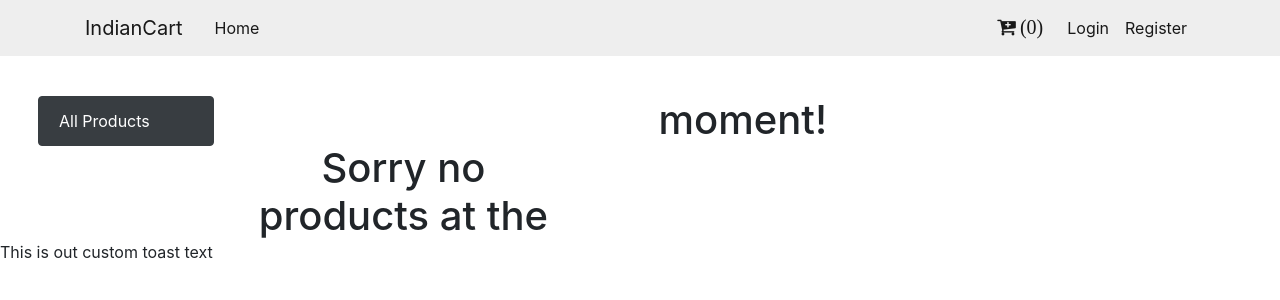
Repository: neerajchavan/E-Commerce-Project
Page: http://localhost/E-Commerce-Project/index.jsp?category=all
These files come from the project's save history. The page is drawn as it stood at one moment and after the next save; the edit follows.
The browser window is 1280 px wide. The pictures show the whole page.
Some web libraries are served in a nearby version. The page is served by Tomcat 9. Other server files are loaded and not shown. Queries for data that is not in the repository find no rows.

Above is the page before, as saved 2020-10-24 04:57:25.

### E-Commerce-Project/WebContent/index.jsp
<%@ page language="java" contentType="text/html; charset=UTF-8"
	pageEncoding="UTF-8"%>
<%@page import="com.IndianCart.Model.*"%>
<%@page import="com.IndianCart.Dao.ProductDao"%>
<%@page import="com.IndianCart.Dao.CategoryDao"%>
<%@page import="com.IndianCart.Helper.*"%>
<%@page import="java.util.List"%>
<!DOCTYPE html>
<html>

<head>
<meta charset="UTF-8">
<title>Insert title here</title>
<%@include file="Components/Common_JS_CSS.jsp"%>

</head>

<body>
	<%@include file="Components/navbar.jsp"%>
	<div class="container-fluid">
		<div class="row mt-3 mx-2">

			<%
				String cat = request.getParameter("category");

				List<CategoryBean> catList = CategoryDao.getCategory();
				List<ProductBean> product = null;

				if (cat == null || cat.trim().equals("all")) {
					product = ProductDao.getAllProducts();
				} else {
					product = ProductDao.getProductsById(Integer.parseInt(cat.trim()));
				}
			%>

			<!-- Categories -->
			<div class="col-md-2">

				<div class="list-group mt-4">
					<a href="index.jsp?category=all"
						class="list-group-item list-group-item-action list-group-item-secondary <%if (cat == null || cat.trim().equals("all")) {%>active<%}%>">
						All Products </a>

					<%
						for (CategoryBean category : catList) {
					%>
					<a href="index.jsp?category=<%=category.getCategoryId()%>"
						class="list-group-item list-group-item-action list-group-item-secondary

						<%boolean b = CategoryActiveHelper.setActiveClass(cat, category.getCategoryId());
						if(b){%>active<%}%>

						">
						<%=category.getCategoryTitle()%>
					</a>
					<%
						}
					%>

				</div>


			</div>


			<!-- Products -->
			<div class="col-md-10">
				<div class="row mt-4">
					<div class="col-md-12">
						<div class="card-columns">
							<%
								if (product.size() == 0) {
									out.println("<h1 class='text-center mt-5'>Sorry no products at the moment!</h1>");
								}
							%>


							<%
								for (ProductBean prod : product) {
							%>

							<div class="card">

								<div class="container text-center">
									<img class="card-img-top m-2"
										style="max-height: 140px; max-width: 100%; width: auto;"
										src="Images/Products-img/<%=prod.getProdPic()%>"
										alt="Product Image">
								</div>


								<div class="card-body">
									<h5 class="card-title"><%=prod.getProdTitle()%></h5>
									<p class="card-text"><%=TenWordsHelper.getTenWords(prod.getProdDescription())%></p>
								</div>

								<div class="card-footer">
									<button class="btn btn-outline-secondary"
									onclick="add_to_cart(<%=prod.getProdId()%>,'<%= prod.getProdTitle()%>',<%=prod.getProdPrice()%>)">
										Add to Cart
									</button>
									<button class="btn custom-bg">
										₹<%=prod.getProdPrice()%>/-
									</button>
								</div>
							</div>

							<%
								}
							%>
						</div>
					</div>
				</div>


			</div>

		</div>
	</div>

	<%@include file="Components/Common_Modals.jsp" %>
</body>

</html>

### E-Commerce-Project/WebContent/Components/Common_JS_CSS.jsp
<!-- CSS -->
<link rel="stylesheet" href="https://maxcdn.bootstrapcdn.com/bootstrap/4.0.0/css/bootstrap.min.css" integrity="sha384-Gn5384xqQ1aoWXA+058RXPxPg6fy4IWvTNh0E263XmFcJlSAwiGgFAW/dAiS6JXm" crossorigin="anonymous">
<link rel="stylesheet" href="https://stackpath.bootstrapcdn.com/font-awesome/4.7.0/css/font-awesome.min.css" integrity="sha384-wvfXpqpZZVQGK6TAh5PVlGOfQNHSoD2xbE+QkPxCAFlNEevoEH3Sl0sibVcOQVnN" crossorigin="anonymous">
<link rel="stylesheet" href="CSS/Style.css">

<!-- BOOTSTRAP -->
<script src="https://code.jquery.com/jquery-3.5.1.min.js" integrity="sha256-9/aliU8dGd2tb6OSsuzixeV4y/faTqgFtohetphbbj0=" crossorigin="anonymous"></script>
<script src="https://cdnjs.cloudflare.com/ajax/libs/popper.js/1.12.9/umd/popper.min.js" integrity="sha384-ApNbgh9B+Y1QKtv3Rn7W3mgPxhU9K/ScQsAP7hUibX39j7fakFPskvXusvfa0b4Q" crossorigin="anonymous"></script>
<script src="https://maxcdn.bootstrapcdn.com/bootstrap/4.0.0/js/bootstrap.min.js" integrity="sha384-JZR6Spejh4U02d8jOt6vLEHfe/JQGiRRSQQxSfFWpi1MquVdAyjUar5+76PVCmYl" crossorigin="anonymous"></script>

<!-- JS -->
<script src="JS/Script.js"></script>

### E-Commerce-Project/WebContent/Components/navbar.jsp
<%@page import="com.IndianCart.Model.UserBean"%>


<%
	UserBean ub1 = (UserBean) session.getAttribute("current-user");
%>



<nav class="navbar navbar-expand-lg navbar-light custom-bg">
	<div class="container">
		<a class="navbar-brand" href="index.jsp">IndianCart</a>
		<button class="navbar-toggler" type="button" data-toggle="collapse"
			data-target="#navbarSupportedContent"
			aria-controls="navbarSupportedContent" aria-expanded="false"
			aria-label="Toggle navigation">
			<span class="navbar-toggler-icon"></span>
		</button>

		<div class="collapse navbar-collapse" id="navbarSupportedContent">
			<ul class="navbar-nav mr-auto ml-2">
				<li class="nav-item active"><a class="nav-link"
					href="index.jsp">Home <span class="sr-only">(current)</span>
				</a></li>

				<!-- <li class="nav-item dropdown"><a
					class="nav-link dropdown-toggle" href="#" id="navbarDropdown"
					role="button" data-toggle="dropdown" aria-haspopup="true"
					aria-expanded="false"> Categories </a>
					<div class="dropdown-menu" aria-labelledby="navbarDropdown">
						<a class="dropdown-item" href="#">Action</a> <a
							class="dropdown-item" href="#">Another action</a>
						<div class="dropdown-divider"></div>
						<a class="dropdown-item" href="#">Something else here</a>
					</div></li> -->

			</ul>

			<ul class="navbar-nav ml-auto">

				<li class="nav-item active"><a class="nav-link" href="#"> <i
						class="fa fa-cart-plus" data-toggle="modal" data-target="#cart"
						style="font-size: 20px;"><span class="mr-2 ml-1 cart-items">(0)</span></i>
				</a></li>

				<%
					if (ub1 == null) {
				%>

				<li class="nav-item active"><a class="nav-link"
					href="Login.jsp">Login</a></li>

				<li class="nav-item active"><a class="nav-link"
					href="Registration.jsp">Register</a></li>
				<%
					} else {
				%>

				<li class="nav-item active"><a class="nav-link"
					href="<%=ub1.getUserType().equals("Admin") ? "Admin.jsp" : "User.jsp"%>"><%=ub1.getUserName()%></a></li>

				<li class="nav-item active"><a class="nav-link"
					href="LogoutServlet">Logout</a></li>
				<%
					}
				%>

			</ul>
		</div>
	</div>
</nav>

### E-Commerce-Project/WebContent/Components/Common_Modals.jsp

<!-- Modal -->
<div class="modal fade" id="cart" tabindex="-1" aria-labelledby="exampleModalLabel" aria-hidden="true">
  <div class="modal-dialog modal-lg">
    <div class="modal-content">
      <div class="modal-header">
        <h5 class="modal-title" id="exampleModalLabel">Your Cart</h5>
        <button type="button" class="close" data-dismiss="modal" aria-label="Close">
          <span aria-hidden="true">&times;</span>
        </button>
      </div>
      <div class="modal-body">
        <div class="cart-body"></div>
      </div>
      <div class="modal-footer">
        <button type="button" class="btn btn-secondary checkout-btn" data-dismiss="modal" onclick="goToCheckout()">Checkout</button>
        <button type="button" class="btn btn-primary" data-dismiss="modal">Close</button>
      </div>
    </div>
  </div>
</div>


<div id="toast">This is out custom toast text</div>

### E-Commerce-Project/src/com/IndianCart/Dao/CategoryDao.java
package com.IndianCart.Dao;
import java.sql.*;
import java.util.ArrayList;
import java.util.List;

import com.IndianCart.Model.CategoryBean;;

public class CategoryDao {

	public static List<CategoryBean> getCategory(){
		List<CategoryBean> list = new ArrayList<CategoryBean>();

		Connection con;
		String query = "select * from Category";

		try {
			Class.forName("com.mysql.jdbc.Driver");
			con = DriverManager.getConnection("jdbc:mysql://localhost/E-Commerce-Project","root","root1234");
			PreparedStatement st = con.prepareStatement(query);
			ResultSet rs = st.executeQuery();

			while(rs.next())
			{
			 CategoryBean cb = new CategoryBean();
//			 int checkCid = rs.getInt("cId");
//			 if(checkCid == 0)
			 cb.setCategoryId(rs.getInt("cId"));
			 cb.setCategoryTitle(rs.getString("cTitle"));

			 list.add(cb);
			}
		}
		catch(Exception e)
		{
			e.printStackTrace();
		}

		return list;
	}

}

### E-Commerce-Project/src/com/IndianCart/Dao/ProductDao.java
package com.IndianCart.Dao;

import java.sql.Connection;
import java.sql.DriverManager;
import java.sql.PreparedStatement;
import java.sql.ResultSet;
import java.sql.Statement;
import java.util.ArrayList;
import java.util.List;

import com.IndianCart.Model.ProductBean;

public class ProductDao {

	public static int addProduct(ProductBean pb) {
		int i = 0;
		String query = "insert into Product values(?,?,?,?,?,?,?)";
		Connection con;
		try {
			Class.forName("com.mysql.cj.jdbc.Driver");
			con = DriverManager.getConnection("jdbc:mysql://localhost/E-Commerce-Project", "root", "root1234");

			PreparedStatement ps = con.prepareStatement(query);
			ps.setString(1, null);
			ps.setInt(2, pb.getpCategoryID());
			ps.setString(3, pb.getProdTitle());
			ps.setString(4, pb.getProdDescription());
			ps.setString(5, pb.getProdPic());
			ps.setInt(6, pb.getProdPrice());
			ps.setInt(7, pb.getProdQty());

			i = ps.executeUpdate();
		}

		catch (Exception e) {
			e.printStackTrace();
		}

		return i;
	}

	public static List<ProductBean> getAllProducts() {
		List<ProductBean> list = new ArrayList<ProductBean>();
		Connection con;
		String query = "select * from Product";

		try {
			Class.forName("com.mysql.jdbc.Driver");
			con = DriverManager.getConnection("jdbc:mysql://localhost/E-Commerce-Project", "root", "root1234");
			Statement st = con.createStatement();
			ResultSet rs = st.executeQuery(query);

			while (rs.next()) {
				ProductBean pb = new ProductBean();
				pb.setProdId(rs.getInt("pID"));
				pb.setpCategoryID(rs.getInt("ccID"));
				pb.setProdTitle(rs.getString("pTitle"));
				pb.setProdDescription(rs.getString("pDesc"));
				pb.setProdPic(rs.getString("pPhoto"));
				pb.setProdPrice(rs.getInt("pPrice"));
				pb.setProdQty(rs.getInt("pQty"));

				list.add(pb);

			}

		} catch (Exception e) {
			e.printStackTrace();
		}

		return list;
	}


	public static List<ProductBean> getProductsById(int cId) {
		List<ProductBean> list = new ArrayList<ProductBean>();
		Connection con;
		String query = "select * from Product where ccID=?";

		try {
			Class.forName("com.mysql.jdbc.Driver");
			con = DriverManager.getConnection("jdbc:mysql://localhost/E-Commerce-Project", "root", "root1234");
			PreparedStatement ps = con.prepareStatement(query);
			ps.setInt(1, cId);
			ResultSet rs = ps.executeQuery();

			while (rs.next()) {
				ProductBean pb = new ProductBean();
				pb.setProdId(rs.getInt("pID"));
				pb.setpCategoryID(rs.getInt("ccID"));
				pb.setProdTitle(rs.getString("pTitle"));
				pb.setProdDescription(rs.getString("pDesc"));
				pb.setProdPic(rs.getString("pPhoto"));
				pb.setProdPrice(rs.getInt("pPrice"));
				pb.setProdQty(rs.getInt("pQty"));

				list.add(pb);

			}

		} catch (Exception e) {
			e.printStackTrace();
		}

		return list;
	}

}

### E-Commerce-Project/WebContent/CSS/Style.css
.custom-bg {
	background:#eeeeee;
}

.custom-bg-200{
	background:#929aab;
}


/*Login Page*/

.login-text h3{
	color:#393e46;
}

.login-text{
	color:#393e46;
}

.login-text:hover{
	background:#929aab;
}


/* Admin Page */

.admin-img{
 max-width : 10px;
 height: 100px;
}

.admin .card{
	border: 1px solid #929aab;
}

.admin .card:hover{
	box-shadow : 0 8px 50px grey;
	transform : scale(1.05);
	cursor : pointer;
	transition : 0.3s;
}

/* Show Products & Categories */
.list-group-item .active{
	background:red;
}

### E-Commerce-Project/WebContent/JS/Script.js
function add_to_cart(pId, pName, pPrice){

	let cart = localStorage.getItem("cart");

	if(cart == null){
		let products = [];
		let product  = {productId : pId, productName : pName, productQty : 1, productPrice : pPrice};
		products.push(product);
		localStorage.setItem("cart", JSON.stringify(products));
		//console.log("Product added for first time!");
		showToast(oldProduct.productName+" is added to cart, Qty = " + oldProduct.productQty);


	}
	else{
		let pCart = JSON.parse(cart);
		let oldProduct = pCart.find((item) => item.productId == pId);
		console.log(oldProduct);
		if(oldProduct){
			// we have to increase the quantity
			oldProduct.productQty = oldProduct.productQty + 1;
			pCart.map((item) => {
				if(item.productId == oldProduct.productId){
					item.productQty = oldProduct.productQty;
				}
			})

			localStorage.setItem("cart", JSON.stringify(pCart));
			//console.log("Product quantity is increased!");
			showToast(oldProduct.productName + " Quantity is increased, Qty = " + oldProduct.productQty);



		}
		else{
			// we have to add the product
			let product  = {productId : pId, productName : pName, productQty : 1, productPrice : pPrice};
			pCart.push(product);
			localStorage.setItem("cart", JSON.stringify(pCart));
			//console.log("Product added!");
			showToast(" Product is added to cart");


		}
	}
	updateCart();
}

// Update Cart

function updateCart(){
	let cartString = localStorage .getItem("cart");
	let cart = JSON.parse(cartString);

	if(cart == null || cart.length == 0){
		console.log("Cart is empty!");
		$(".cart-items").html("(0)");
		$(".cart-body").html("<h3>Cart does not have any items</h3>");
		$(".checkout-btn").attr('disabled',true);
	}
	else{
		// there is something in cart to show
		console.log(cart);
		$(".cart-items").html(`(${cart.length})`);

		let table = `

		<table class="table">
			<thead class="thead-light">
				<tr>
					<th>Item Name</th>
					<th>Price</th>
					<th>Quantity</th>
					<th>Total Price</th>
					<th>Action</th>
				</tr>
			</thead>

		`;

		let totalPrice = 0;
		cart.map((item) => {

			table+= `<tr>
						<td>${item.productName}</td>
						<td>${item.productPrice}</td>
						<td>${item.productQty}</td>
						<td>${item.productQty * item.productPrice}</td>
						<td><button onclick='deleteItemFromCart(${item.productId})' class="btn btn-danger btn-sm">Remove</button></td>
					 </tr>
			`

			totalPrice += item.productPrice * item.productQty;
		})

		table = table + `
		<tr><td colspan='5' class="text-right font-weight-bold">Total Price : ${totalPrice}</td></tr>
		</table>`;
		$(".cart-body").html(table);

		$(".checkout-btn").attr('disabled',false);


	}

}

function deleteItemFromCart(pId){
	let cart = JSON.parse(localStorage.getItem('cart'));
	let newCart = cart.filter((item) => item.productId != pId)

	localStorage.setItem('cart',JSON.stringify(newCart));

	updateCart();
	showToast("Item is removed from cart");

}

$(document).ready(function(){
	updateCart();
})


function showToast(content){
	$("#toast").addClass('display');
	$("#toast").html(content);

	setTimeout(() => {
		$("#toast").removeClass('display');
	}, 2000);
}


function goToCheckout(){
	window.location = "Checkout.jsp";
}

After the next save:
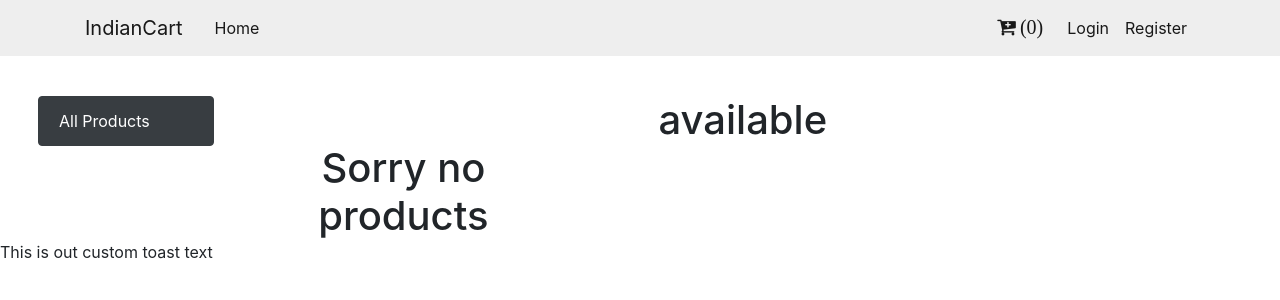
Saved 23 s later.
--- a/E-Commerce-Project/WebContent/index.jsp
+++ b/E-Commerce-Project/WebContent/index.jsp
@@ -70,7 +70,7 @@
 						<div class="card-columns">
 							<%
 								if (product.size() == 0) {
-									out.println("<h1 class='text-center mt-5'>Sorry no products at the moment!</h1>");
+									out.println("<h1 class='text-center mt-5'>Sorry no products available</h1>");
 								}
 							%>
 
